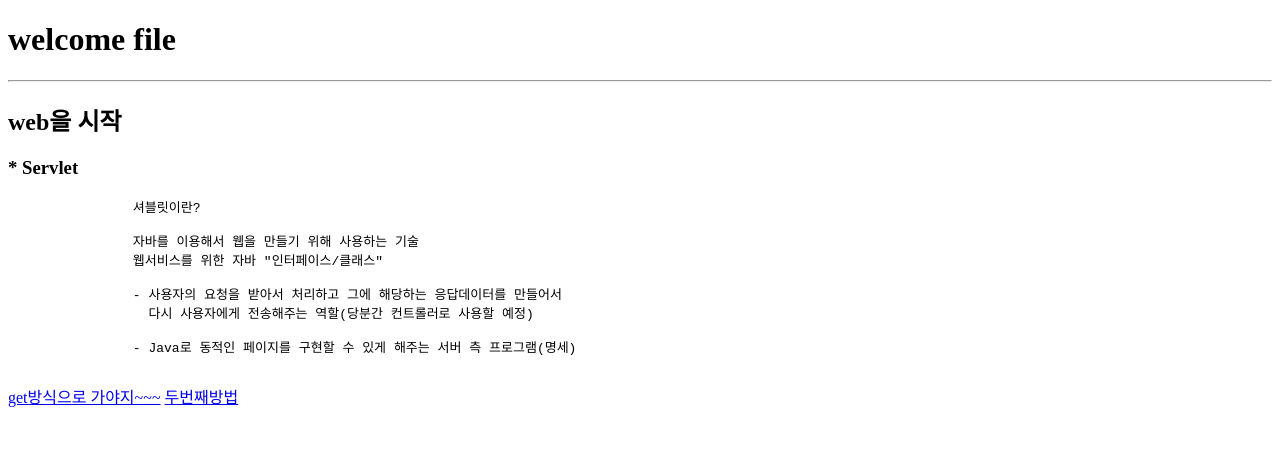
Repository: ghksl0204-shapa/dynamic-web
Page: MyFirstWebProject/src/main/webapp/index.html
The author's editor kept a copy of each file at every save. The page is drawn from the files as they stood at one save, then again after the next save.
The browser window is 1280 px wide. The pictures show the whole page.

Above is the page before, as saved 2026-05-04 03:32:37.

After the next save:
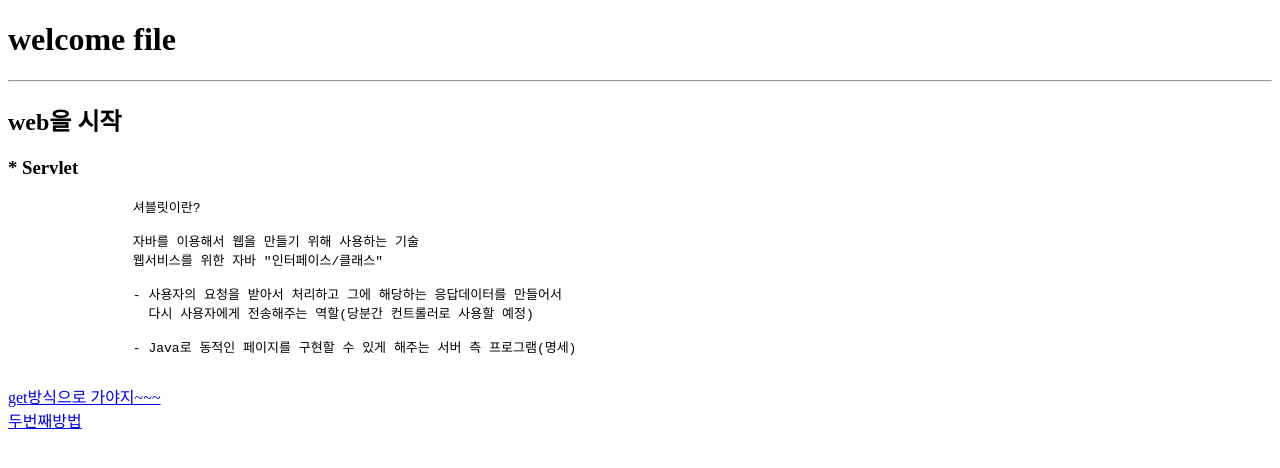
Saved 70 s later.
--- a/MyFirstWebProject/src/main/webapp/index.html
+++ b/MyFirstWebProject/src/main/webapp/index.html
@@ -58,8 +58,8 @@
 	</pre>
 
 
-	<a href="http://localhost:8088/first/views/request_get.html">get방식으로 가야지~~~</a>
-	<a href="http://localhost:8088/first/views/request_get.html">두번째방법</a>
+	<a href="http://localhost:8088/first/views/request_get.html">get방식으로 가야지~~~</a> <br>
+	<a href="views/request_get.html">두번째방법</a>
 
 
 
